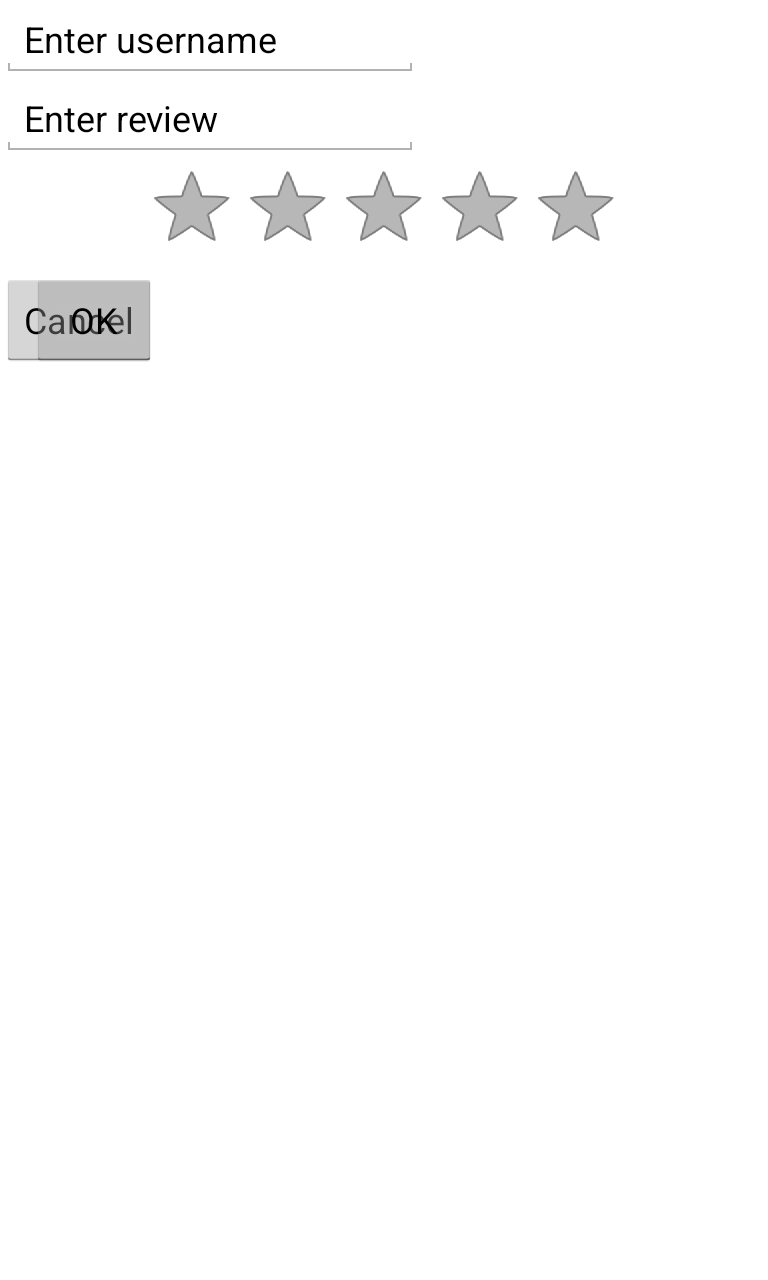
Repository: yash256/atnt
Layout: WNY Farm Fresh/res/layout/dialog.xml
The author's editor kept a copy of each file at every save. The layout is drawn from the files as they stood at one save, then again after the next save.
It is drawn on a 768 x 1280 px phone screen (xhdpi) without system bars, with theme AppTheme; the app's code is not run.

Above is the layout before, as saved 2014-11-10 20:42:12.

### WNY Farm Fresh/res/layout/dialog.xml
<?xml version="1.0" encoding="utf-8"?>
<GridLayout xmlns:android="http://schemas.android.com/apk/res/android"
    android:layout_width="match_parent"
    android:layout_height="match_parent"
    android:orientation="vertical"
    android:columnCount="8" xmlns:tools="http://schemas.android.com/tools">



    <EditText
        android:id="@+id/username"
        android:layout_columnSpan="6"
        android:layout_gravity="center_horizontal"
        android:ems="10"
        android:text="@string/username_edittext"
        android:inputType="textPersonName"
        android:layout_row="0">

    </EditText>
    <EditText
        android:id="@+id/review_text"
        android:layout_columnSpan="6"
        android:layout_gravity="center_horizontal"
        android:ems="10"
        android:text="@string/review_text_edittext"
        android:inputType="textMultiLine"
        android:layout_row="1">
    </EditText>

    <RatingBar
        android:id="@+id/ratingBar1"
        android:layout_columnSpan="8"
        android:layout_gravity="center_horizontal"
        android:layout_row="2"
        />
    <Button
        android:id="@+id/cancel_review"
        android:text="@string/cancel"
		android:layout_columnSpan="4"
        android:layout_gravity="left"
        android:layout_row="3"/>
        <Button
        android:id="@+id/ok_review"
        android:text="@string/ok"
        android:layout_columnSpan="4"
        android:layout_gravity="right"
        android:layout_row="3" />

</GridLayout>

### WNY Farm Fresh/res/values/strings.xml
<?xml version="1.0" encoding="utf-8"?>
<resources>

    <string name="app_name">Farmdroid</string>
    <string name="hello_world">Hello world!</string>
    <string name="action_settings">Settings</string>
    <string name="username">username</string>
    <string name="rating">Rating</string>
    <string name="review_text">review text</string>
    <string name="title_activity_main">MainActivity</string>
    <string name="top_items_header_text">Best known for</string>
    <string name="reviews_header">Reviews</string>
	<string name="username_edittext">Enter username</string>
	<string name="review_text_edittext">Enter review</string>
	<string name="add_review_btn">Add Review</string>
	<string name="cancel">Cancel</string>
	<string name="ok">OK</string>
</resources>

Loaded but not shown: WNY Farm Fresh/res/values/styles.xml (common file); WNY Farm Fresh/res/values-v11/styles.xml (common file); WNY Farm Fresh/res/values-v14/styles.xml (common file)

After the next save:
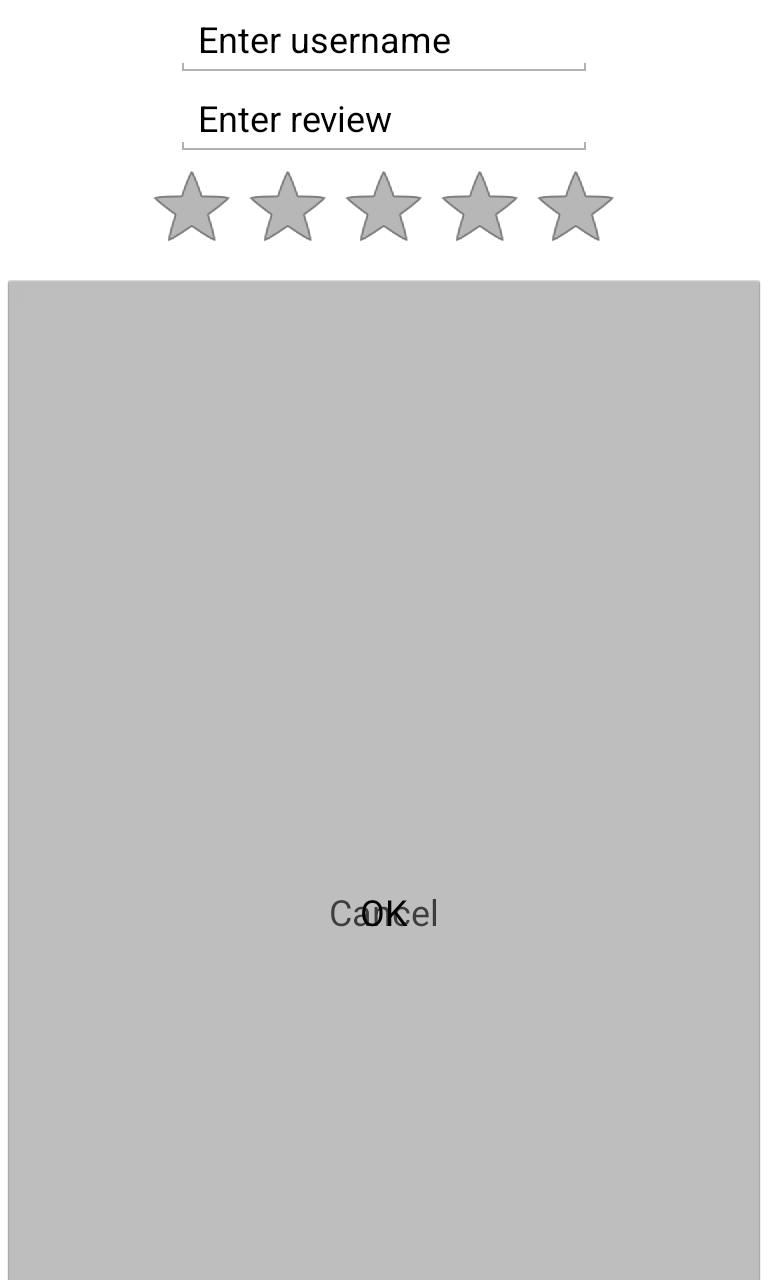
Saved 91 s later.
--- a/WNY Farm Fresh/res/layout/dialog.xml
+++ b/WNY Farm Fresh/res/layout/dialog.xml
@@ -38,12 +38,16 @@
         android:text="@string/cancel"
 		android:layout_columnSpan="4"
         android:layout_gravity="left"
-        android:layout_row="3"/>
+        android:layout_row="3"
+        android:layout_width="fill_parent"
+        android:layout_height="fill_parent"/>
         <Button
         android:id="@+id/ok_review"
         android:text="@string/ok"
         android:layout_columnSpan="4"
         android:layout_gravity="right"
-        android:layout_row="3" />
+        android:layout_row="3"
+        android:layout_width="fill_parent"
+        android:layout_height="fill_parent" />
 
 </GridLayout>
